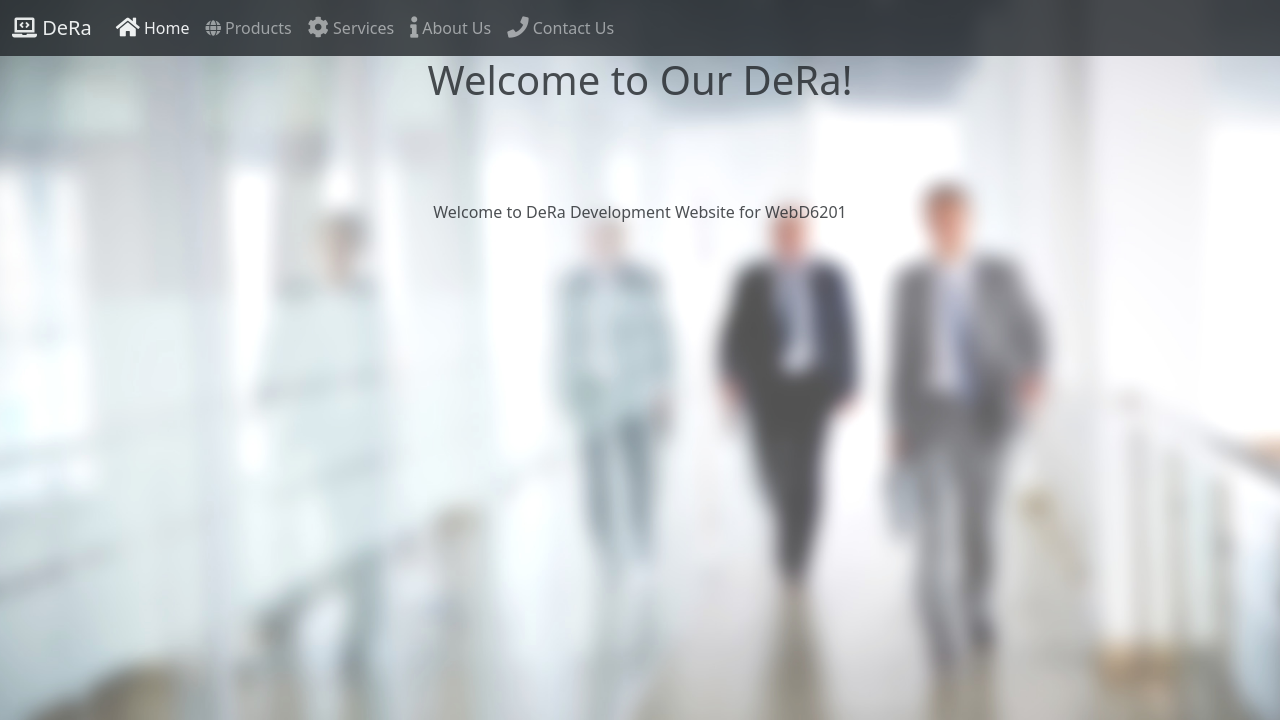
Repository: deividwsantoss/web6201-Lab1
Page: index.html
These files come from the project's save history. The page is drawn as it stood at one moment and after the next save; the edit follows.
The browser window is 1280 px wide. The pictures show the whole page.

Above is the page before, as saved 2021-02-02 23:08:55.

### index.html
<!DOCTYPE html>
<html lang="en">
<head>
    <meta charset="UTF-8">
    <meta name="viewport" content="width=device-width, initial-scale=1.0">
    <title>Home</title>
</head>
<!-- CSS SECTION-->
<link rel="stylesheet" href="./node_modules/bootstrap/dist/css/bootstrap.min.css">
<link rel="stylesheet" href="./node_modules/@fortawesome/fontawesome-free/css/all.min.css">
<link rel="stylesheet" href="./Content/app.css">

<body class="bg">
    <!-- Main Header-->
    <header>
        <!-- Main Navegation-->
        <nav class="navbar navbar-expand-lg navbar-dark bg-dark">
            <div class="container-fluid">
              <a class="navbar-brand" href="Index.html"><i class="fas fa-laptop-code"></i> DeRa</a>
              <button class="navbar-toggler" type="button" data-bs-toggle="collapse" data-bs-target="#navbarSupportedContent" aria-controls="navbarSupportedContent" aria-expanded="false" aria-label="Toggle navigation">
                <span class="navbar-toggler-icon"></span>
              </button>
              <div class="collapse navbar-collapse" id="navbarSupportedContent">
                <ul class="navbar-nav ml-auto mb-2 mb-lg-0">
                  <li class="nav-item">
                    <a class="nav-link active" aria-current="page" href="Index.html"><i class="fas fa-home fa-lg"></i> Home</a>
                  </li>
                  <li class="nav-item">
                    <a class="nav-link" aria-current="page" href="products.html"><i class="fas fa-globe"></i> Products</a>
                  </li>
                  <li class="nav-item">
                    <a class="nav-link" aria-current="page" href="services.html"><i class="fas fa-cog fa-lg"></i> Services</a>
                  </li>
                  <li class="nav-item">
                    <a class="nav-link" aria-current="page" href="about.html"><i class="fas fa-info fa-lg"></i> About Us</a>
                  </li>
                  <li class="nav-item">
                    <a class="nav-link" aria-current="page" href="contact.html"><i class="fas fa-phone fa-lg"></i> Contact Us</a>
                  </li>

                </ul>

              </div>
            </div>
          </nav>

    </header>

    <!-- Main Content-->
        <main class="container">
            <div class="text-md-center">
          <span class="align-bottom">
            <h1 > Welcome to Our DeRa! </h1>
            <p id="paragraphOne"> </p>
          </span>
        </div>
        </main>

    <!--- Script Section-->
    <script src="./node_modules/bootstrap/dist/js/bootstrap.bundle.min.js"></script>
    <script src="./node_modules/jquery/dist/jquery.min.js"></script>
    <script src="./Scripts/app.js"></script>
</body>

</html>

### Content/app.css
/* Custom CSS goes here */
body,html{
    height: 100%;
    margin: 0;
}
.bg{
    background-image: url("Background-White.jpg");
    background-repeat: no-repeat;
    background-size: cover;
    background-position: center;
    opacity: 0.8;
}

.contactimage{
    background-image:url("contactimg.jpg");
    background-repeat: no-repeat;
    background-size: cover;
    background-position: center;
    opacity: 0.8;
}
.productsbg {
    background-image:url("productsbg.jpg");
    background-repeat: no-repeat;
    background-size: cover;
    background-position: center;
    opacity: 0.8;
}

.servicesbackgroud{
    background-image:url("services.jpg");
    background-repeat: no-repeat;
    background-size: cover;
    background-position: center;
    opacity: 0.8;
}
.aboutus{
    background-image:url("bgimage.jpg");
    background-repeat: no-repeat;
    background-size: cover;
    background-position: center;
    opacity: 0.8;
}

.container{
    line-height: 200px;
    height: 200px;
    text-align: center;

}

### Scripts/app.js
/* Custom JavaScript goes here */


"use strict";

(function(){

    function displayHome(){
        let paragraphOneText = "Welcome to DeRa Development Website for WebD6201";
        let paragraphOneElement = document.getElementById("paragraphOne");

        paragraphOneElement.textContent = paragraphOneText;
    }
    function displayAbout(){

    }
    function displayProducts(){

    }
    function displayServices(){

    }
    function displayContact(){

        let messageArea = document.getElementById("messageArea");
        messageArea.hidden = true;

        //Form Validation...

        let fullName = document.getElementById("fullName");
        fullName.addEventListener("blur", function(){
            if(fullName.value.length < 2){
                fullName.focus;
                fullName.select();
                messageArea.hidden = false;
                messageArea.className = "alert alert-danger";
                messageArea.textContent = "Please, Enter an appropriate name."
            }
            else{
                messageArea.removeAttribute("Class");
                messageArea.hidden = true;
            }
        });

        let sendButton = document.getElementById("sendButton");
        sendButton.addEventListener("click", function(event){
            event.preventDefault();
        });
        //validating email
        let emailAddress = document.getElementById("emailAddress");
        let pattern = /^[^]+@[^]+\.[A-Z]{2,3}$/;

        if(emailAddress.matches(pattern)){

            messageArea.removeAttribute("Class");
            messageArea.hidden = true;
        }
        else{
            emailAddress.focus;
            emailAddress.select();
            messageArea.hidden = false;
            messageArea.className = "alert alert-danger";
            messageArea.textContent = "Please, Insert a valid email"

        }




    }


    function Start(){
        console.log("App Start...");

        switch (document.title) {

            case 'Home':
                displayHome();
                break;
            case 'About':
                displayAbout();
                break;
            case 'Products':
                displayProducts();
                break;
            case 'Services':
                displayServices();
                break;
            case 'Contact':
                displayContact();
                break;

        }
        displayHome();

    }
    window.addEventListener("load",Start);

})();

Loaded but not shown: node_modules/bootstrap/dist/css/bootstrap.min.css (library); node_modules/@fortawesome/fontawesome-free/css/all.min.css (library); node_modules/bootstrap/dist/js/bootstrap.bundle.min.js (library); node_modules/jquery/dist/jquery.min.js (library)

After the next save:
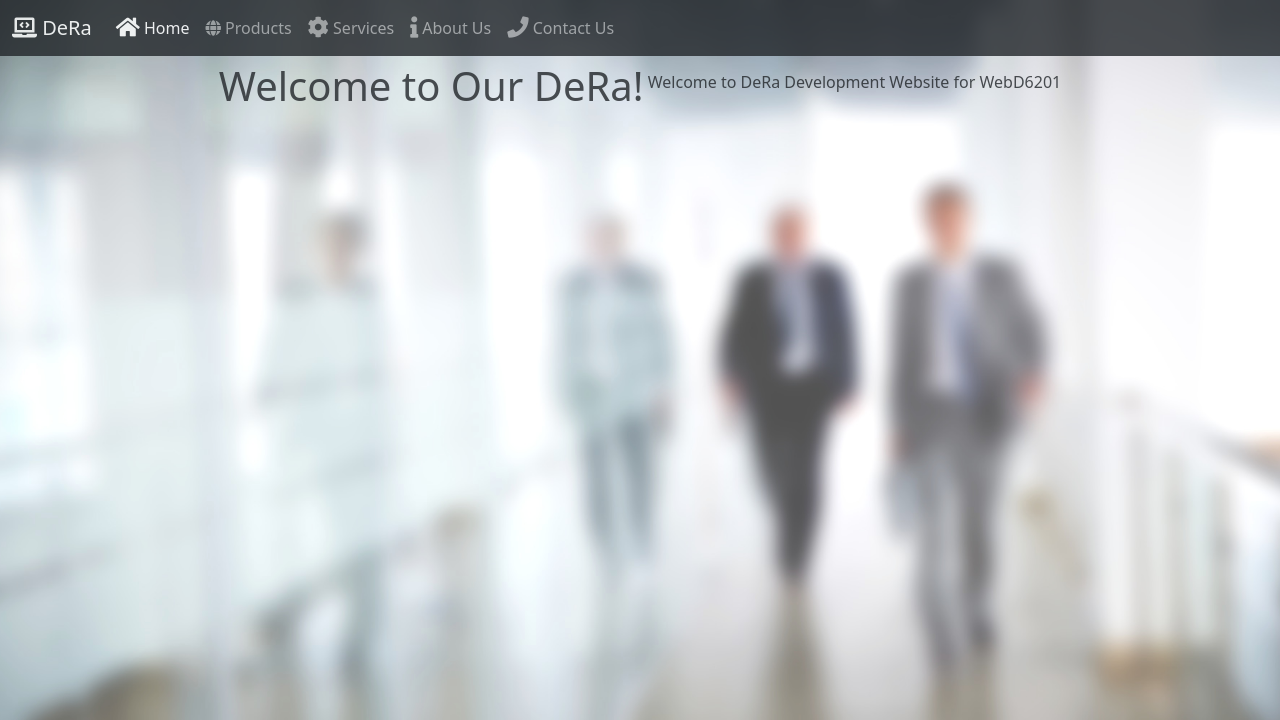
Saved 59 s later.
--- a/Content/app.css
+++ b/Content/app.css
@@ -41,9 +41,8 @@ body,html{
     opacity: 0.8;
 }
 
-.container{
-    line-height: 200px;
-    height: 200px;
-    text-align: center;
-
+h1,p{
+    line-height: 1.5;
+    display: inline-block;
+    vertical-align: middle;
 }
